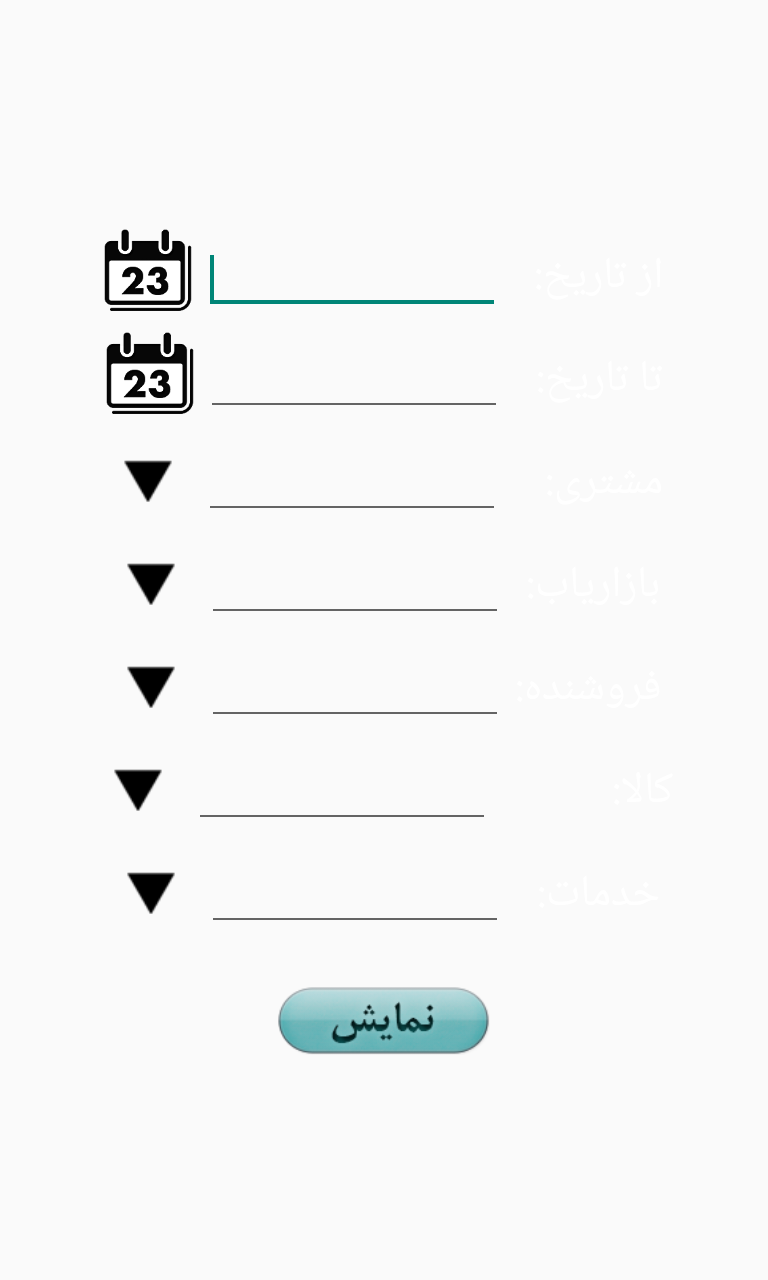
Repository: AtiehPardaz/Reports-Mobile
Layout: Reportsmobile/res/layout/frg_forosh_forokhte.xml
These files come from the project's save history. The layout is drawn as it stood at one moment and after the next save; the edit follows.
It is drawn on a 768 x 1280 px phone screen (xhdpi) without system bars, with theme AppTheme; the app's code is not run.

Above is the layout before, as saved 2015-03-09 14:35:43.

### Reportsmobile/res/layout/frg_forosh_forokhte.xml
<LinearLayout xmlns:android="http://schemas.android.com/apk/res/android"
    android:layout_width="match_parent"
    android:layout_height="match_parent"
    android:layout_gravity="center"
    android:layout_weight="1"
    android:gravity="center"
    android:orientation="vertical" >

    <LinearLayout
        android:layout_width="wrap_content"
        android:layout_height="wrap_content"
        android:gravity="right" >

        <ImageButton
            android:id="@+id/imgbtn_underline_faktor_forosh"
            android:layout_width="44dp"
            android:layout_height="44dp"
            android:background="@drawable/ic_action_date" />

        <EditText
            android:id="@+id/EditText01"
            android:layout_width="150dp"
            android:layout_height="wrap_content"
            android:layout_gravity="center"
            android:layout_margin="5dp"
            android:inputType="date" >

            <requestFocus />
        </EditText>

        <TextView
            android:id="@+id/TextView01"
            android:layout_width="wrap_content"
            android:layout_height="wrap_content"
            android:layout_gravity="right|center"
            android:gravity="right"
            android:text="از تاریخ:  "
            android:textAppearance="?android:attr/textAppearanceLarge"
            android:textColor="#ffffff" />
    </LinearLayout>

        <LinearLayout
            android:layout_width="wrap_content"
            android:layout_height="wrap_content"
            android:gravity="right" >

            <ImageButton
                android:id="@+id/imgbtn_todate_forosh"
                android:layout_width="44dp"
                android:layout_height="44dp"
                android:background="@drawable/ic_action_date" />

            <EditText
                android:id="@+id/et_todate_forosh"
                android:layout_width="150dp"
                android:layout_height="wrap_content"
                android:layout_gravity="center"
                android:layout_margin="5dp"
                android:inputType="date" />

            <TextView
                android:id="@+id/tv_todate_forosh"
                android:layout_width="wrap_content"
                android:layout_height="wrap_content"
                android:layout_gravity="right|center"
                android:gravity="right"
                android:text="تا تاریخ:  "
                android:textAppearance="?android:attr/textAppearanceLarge"
                android:textColor="#ffffff" />

        </LinearLayout>

        <LinearLayout
            android:layout_width="wrap_content"
            android:layout_height="wrap_content"
            android:gravity="right" >

            <ImageButton
                android:id="@+id/imgbtn_customer_forosh"
                android:layout_width="44dp"
                android:layout_height="44dp"
                android:background="@drawable/down" />

            <EditText
                android:id="@+id/et__customer_forosh"
                android:layout_width="150dp"
                android:layout_height="wrap_content"
                android:layout_gravity="center"
                android:layout_margin="5dp"
                android:inputType="date" />

            <TextView
                android:id="@+id/tv__customer_forosh"
                android:layout_width="wrap_content"
                android:layout_height="wrap_content"
                android:layout_gravity="right|center"
                android:gravity="right"
                android:text="مشتری:   "
                android:textAppearance="?android:attr/textAppearanceLarge"
                android:textColor="#ffffff" />

        </LinearLayout>

        <LinearLayout
            android:layout_width="wrap_content"
            android:layout_height="wrap_content"
            android:gravity="right" >

            <ImageButton
                android:id="@+id/imgbtn_bazaryab_forosh"
                android:layout_width="44dp"
                android:layout_height="44dp"
                android:background="@drawable/down" />

            <EditText
                android:id="@+id/et__bazarya_forosh"
                android:layout_width="150dp"
                android:layout_height="wrap_content"
                android:layout_gravity="center"
                android:layout_margin="5dp"
                android:inputType="date" />

            <TextView
                android:id="@+id/tv__bazarya_forosh"
                android:layout_width="wrap_content"
                android:layout_height="wrap_content"
                android:layout_gravity="right|center"
                android:gravity="right"
                android:text="بازاریاب: "
                android:textAppearance="?android:attr/textAppearanceLarge"
                android:textColor="#ffffff" />

        </LinearLayout>

        <LinearLayout
            android:layout_width="wrap_content"
            android:layout_height="wrap_content"
            android:gravity="right" >

            <ImageButton
                android:id="@+id/imgbtn_foroshande_forosh"
                android:layout_width="44dp"
                android:layout_height="44dp"
                android:background="@drawable/down" />

            <EditText
                android:id="@+id/et__foroshande_forosh"
                android:layout_width="150dp"
                android:layout_height="wrap_content"
                android:layout_gravity="center"
                android:layout_margin="5dp"
                android:inputType="date" />

            <TextView
                android:id="@+id/tv__foroshande_forosh"
                android:layout_width="wrap_content"
                android:layout_height="wrap_content"
                android:layout_gravity="right|center"
                android:gravity="right"
                android:text="فروشنده:"
                android:textAppearance="?android:attr/textAppearanceLarge"
                android:textColor="#ffffff" />

        </LinearLayout>

        <LinearLayout
            android:layout_width="wrap_content"
            android:layout_height="wrap_content"
            android:gravity="right" >

            <ImageButton
                android:id="@+id/imgbtn_kala_forosh"
                android:layout_width="44dp"
                android:layout_height="44dp"
                android:background="@drawable/down" />

            <EditText
                android:id="@+id/et__kala_forosh"
                android:layout_width="150dp"
                android:layout_height="wrap_content"
                android:layout_gravity="center"
                android:layout_margin="5dp"
                android:inputType="date" />

            <TextView
                android:id="@+id/tv__kala_forosh"
                android:layout_width="wrap_content"
                android:layout_height="wrap_content"
                android:layout_gravity="right|center"
                android:gravity="right"
                android:text="کالا:          "
                android:textAppearance="?android:attr/textAppearanceLarge"
                android:textColor="#ffffff" />

        </LinearLayout>

<LinearLayout
            android:layout_width="wrap_content"
            android:layout_height="wrap_content"
            android:gravity="right" >

            <ImageButton
                android:id="@+id/imgbtn_khadamat_forosh"
                android:layout_width="44dp"
                android:layout_height="44dp"
                android:background="@drawable/down" />

            <EditText
                android:id="@+id/et__khadamat_forosh"
                android:layout_width="150dp"
                android:layout_height="wrap_content"
                android:layout_gravity="center"
                android:layout_margin="5dp"
                android:inputType="date" />

            <TextView
                android:id="@+id/tv__khadamat_forosh"
                android:layout_width="wrap_content"
                android:layout_height="wrap_content"
                android:layout_gravity="right|center"
                android:gravity="right"
                android:text="خدمات:  "
                android:textAppearance="?android:attr/textAppearanceLarge"
                android:textColor="#ffffff" />

        </LinearLayout>
        <ImageButton
            android:id="@+id/imgbtn_namayesh__forokhte_forosh"
            android:layout_width="wrap_content"
            android:layout_height="wrap_content"
            android:layout_marginTop="20dp"
            android:background="@drawable/btnnamayesh"
            android:src="@drawable/btn_click" />
    </LinearLayout>

### Reportsmobile/res/drawable/btn_click.xml
<selector xmlns:android="http://schemas.android.com/apk/res/android">
<item android:state_focused="true" android:drawable="@drawable/btnclick"/>
<item android:state_pressed="true" android:drawable="@drawable/btnclick" />

</selector>

Loaded but not shown: Reportsmobile/res/values/styles.xml (common file); Reportsmobile/res/values-v11/styles.xml (common file); Reportsmobile/res/values-v14/styles.xml (common file)

After the next save:
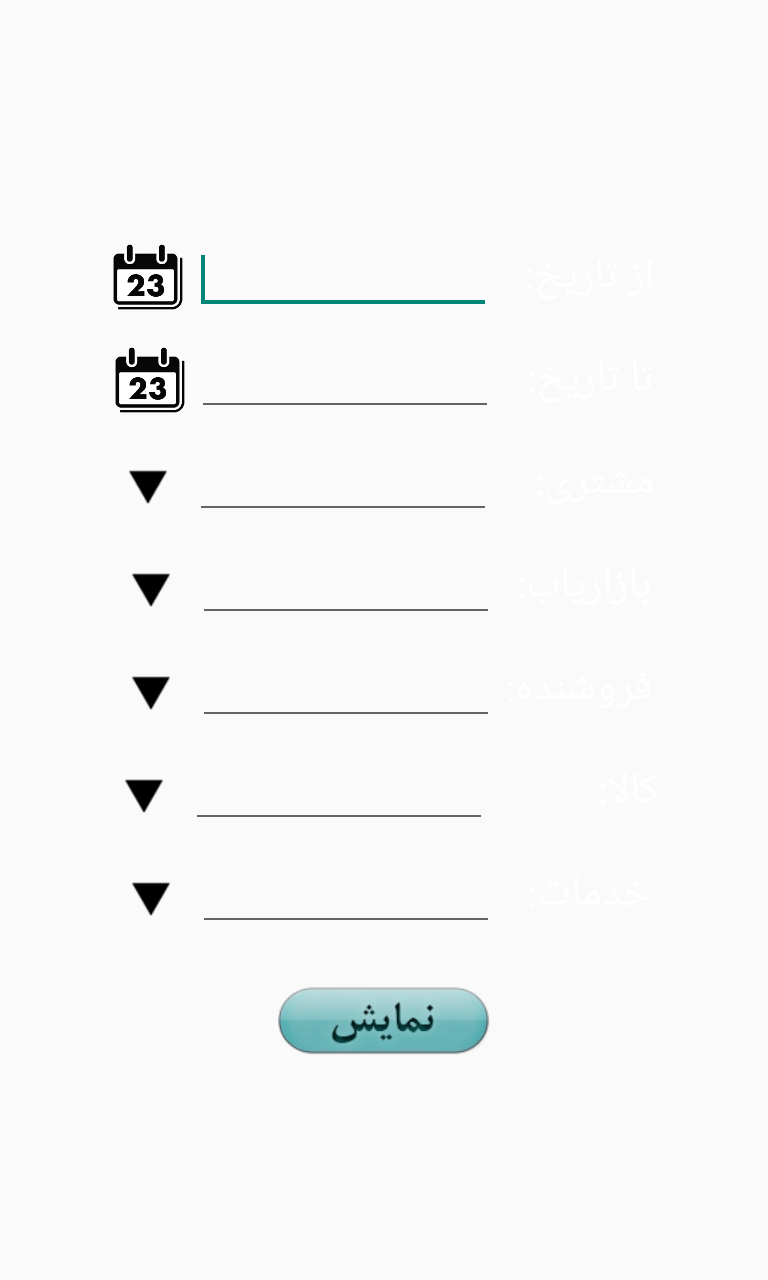
Saved 53 s later.
--- a/Reportsmobile/res/layout/frg_forosh_forokhte.xml
+++ b/Reportsmobile/res/layout/frg_forosh_forokhte.xml
@@ -13,8 +13,9 @@
 
         <ImageButton
             android:id="@+id/imgbtn_underline_faktor_forosh"
-            android:layout_width="44dp"
-            android:layout_height="44dp"
+           android:layout_width="35dp"
+                android:layout_height="35dp"
+                android:layout_gravity="center"
             android:background="@drawable/ic_action_date" />
 
         <EditText
@@ -46,8 +47,9 @@
 
             <ImageButton
                 android:id="@+id/imgbtn_todate_forosh"
-                android:layout_width="44dp"
-                android:layout_height="44dp"
+               android:layout_width="35dp"
+                android:layout_height="35dp"
+                android:layout_gravity="center"
                 android:background="@drawable/ic_action_date" />
 
             <EditText
@@ -77,8 +79,9 @@
 
             <ImageButton
                 android:id="@+id/imgbtn_customer_forosh"
-                android:layout_width="44dp"
-                android:layout_height="44dp"
+                android:layout_width="35dp"
+                android:layout_height="35dp"
+                android:layout_gravity="center"
                 android:background="@drawable/down" />
 
             <EditText
@@ -108,8 +111,9 @@
 
             <ImageButton
                 android:id="@+id/imgbtn_bazaryab_forosh"
-                android:layout_width="44dp"
-                android:layout_height="44dp"
+                android:layout_width="35dp"
+                android:layout_height="35dp"
+                android:layout_gravity="center"
                 android:background="@drawable/down" />
 
             <EditText
@@ -139,8 +143,9 @@
 
             <ImageButton
                 android:id="@+id/imgbtn_foroshande_forosh"
-                android:layout_width="44dp"
-                android:layout_height="44dp"
+               android:layout_width="35dp"
+                android:layout_height="35dp"
+                android:layout_gravity="center"
                 android:background="@drawable/down" />
 
             <EditText
@@ -170,8 +175,9 @@
 
             <ImageButton
                 android:id="@+id/imgbtn_kala_forosh"
-                android:layout_width="44dp"
-                android:layout_height="44dp"
+              android:layout_width="35dp"
+                android:layout_height="35dp"
+                android:layout_gravity="center"
                 android:background="@drawable/down" />
 
             <EditText
@@ -188,7 +194,7 @@
                 android:layout_height="wrap_content"
                 android:layout_gravity="right|center"
                 android:gravity="right"
-                android:text="کالا:          "
+                android:text="کالا:         "
                 android:textAppearance="?android:attr/textAppearanceLarge"
                 android:textColor="#ffffff" />
 
@@ -201,8 +207,9 @@
 
             <ImageButton
                 android:id="@+id/imgbtn_khadamat_forosh"
-                android:layout_width="44dp"
-                android:layout_height="44dp"
+              android:layout_width="35dp"
+                android:layout_height="35dp"
+                android:layout_gravity="center"
                 android:background="@drawable/down" />
 
             <EditText
